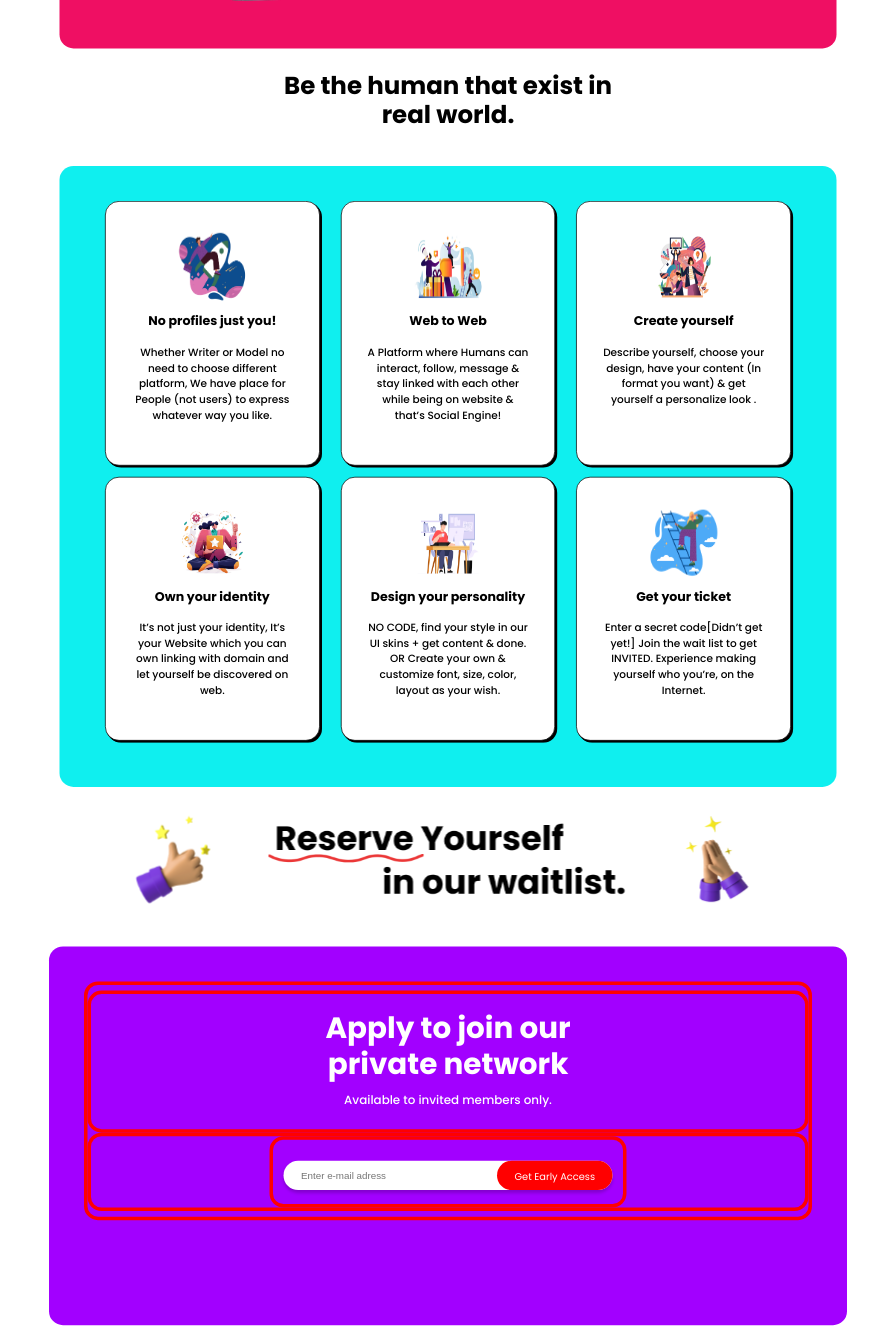
Repository: itsmesikandar/swavy.in.github.io
Page: index.html
The author's editor kept a copy of each file at every save. The page is drawn from the files as they stood at one save, then again after the next save.
The browser window is 1280 px wide. The pictures show the part of the page from y = 3453 to 5373 px (the page is 5373 px tall), at 70% of full size.

Above is the page before, as saved 2023-02-24 20:18:55.
Console error: TypeError: Cannot read properties of undefined (reading 'fn')

After the next save:
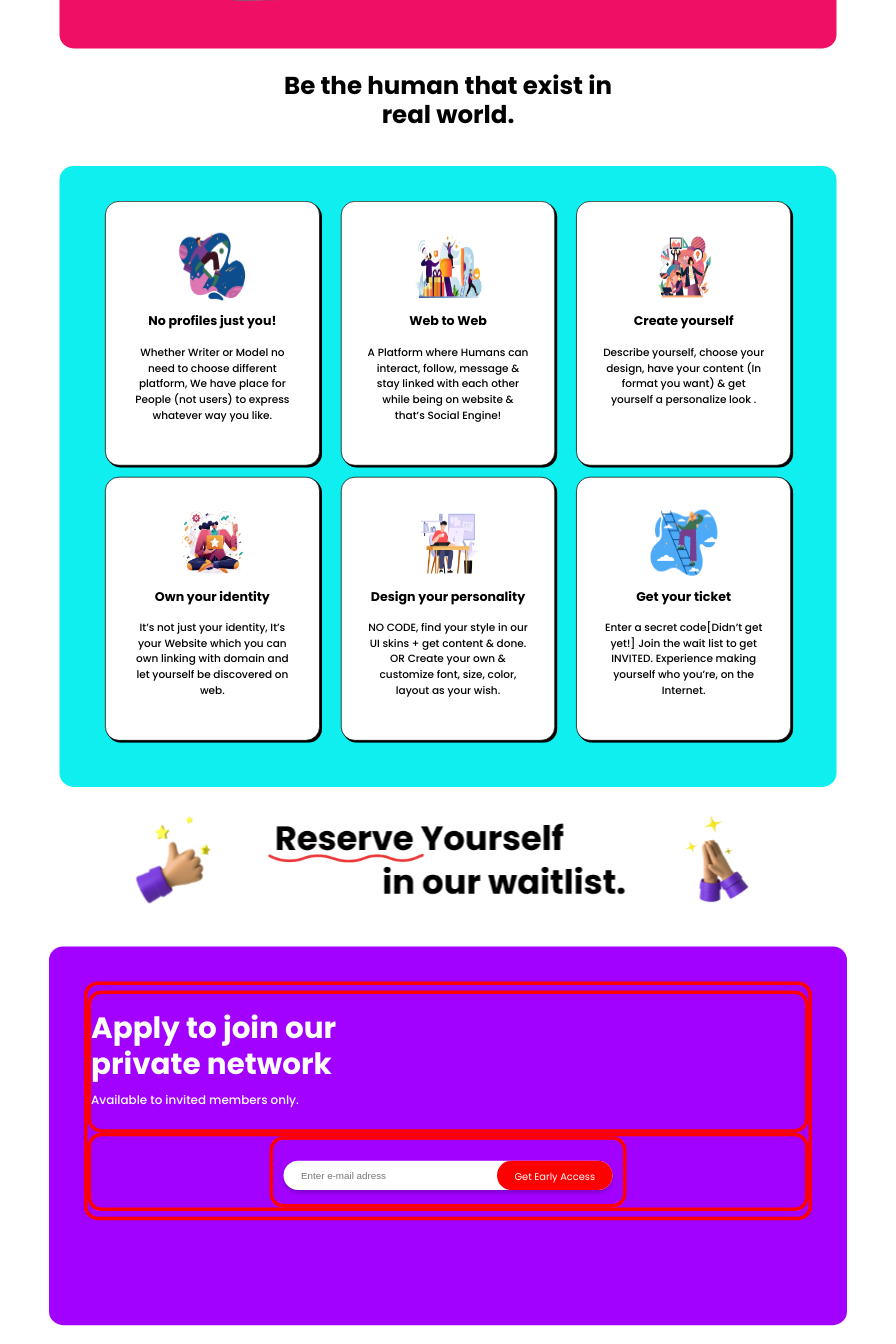
Saved 20 s later.
--- a/index.html
+++ b/index.html
@@ -292,8 +292,8 @@
         </div>
 
 
-        <section class="text-center align-items-center " id="page-bottom" >
-          <div class="container  bg_color_sixth ">
+        <section class=" " id="page-bottom" >
+          <div class="container bg_color_sixth ">
             <div class="py-2 grid-margin border-to" >
               <div class="py-4 border-to">
                 <h1 class="px-3 font-wt-h1 px-md-0 m-0 fw" data-aos="fade-down"><span class="color-white">Apply</span> to join our<br>private network</h1>

After the save that followed:
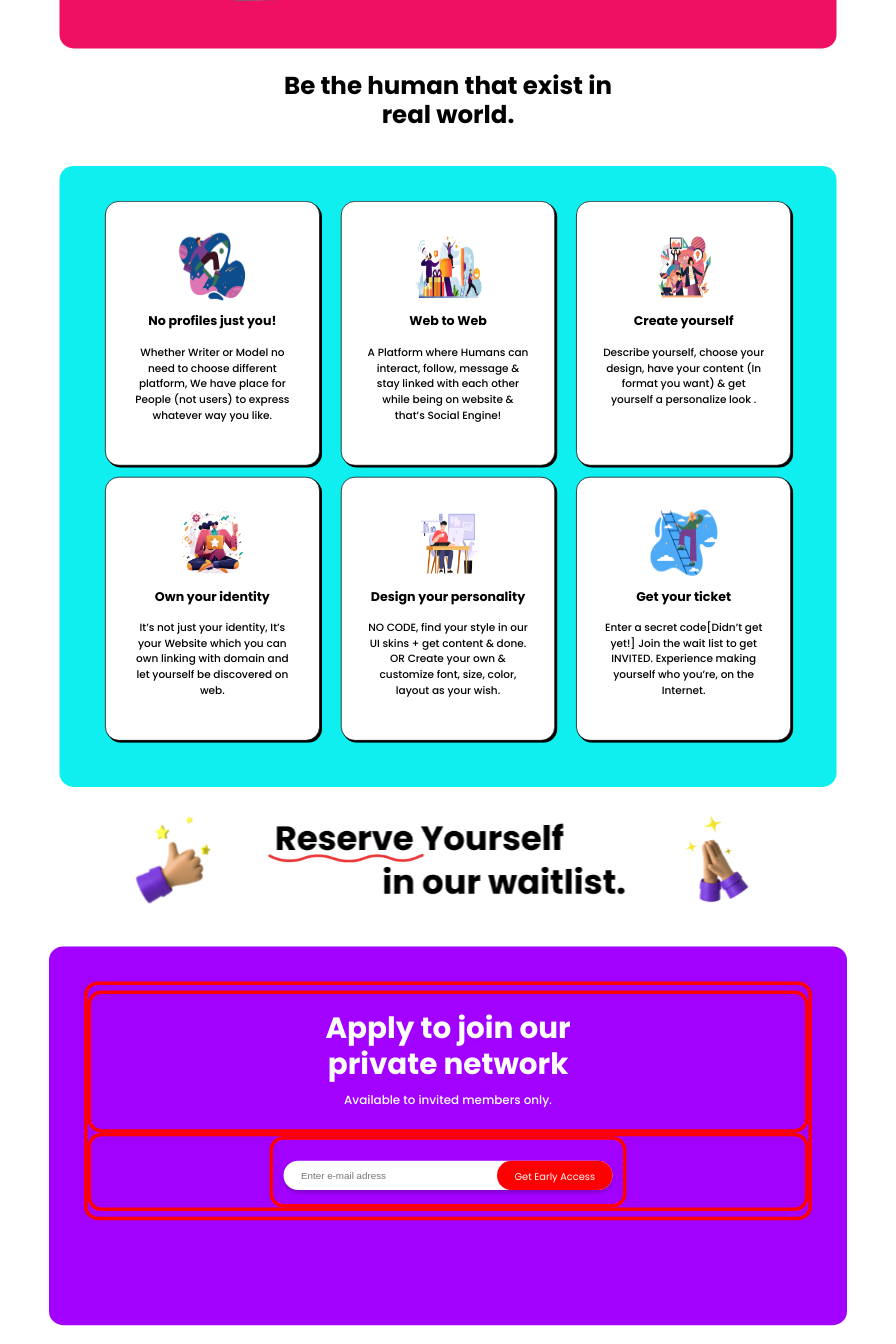
Saved 11 s later.
--- a/index.html
+++ b/index.html
@@ -292,7 +292,7 @@
         </div>
 
 
-        <section class=" " id="page-bottom" >
+        <section class="text-center " id="page-bottom" >
           <div class="container bg_color_sixth ">
             <div class="py-2 grid-margin border-to" >
               <div class="py-4 border-to">
